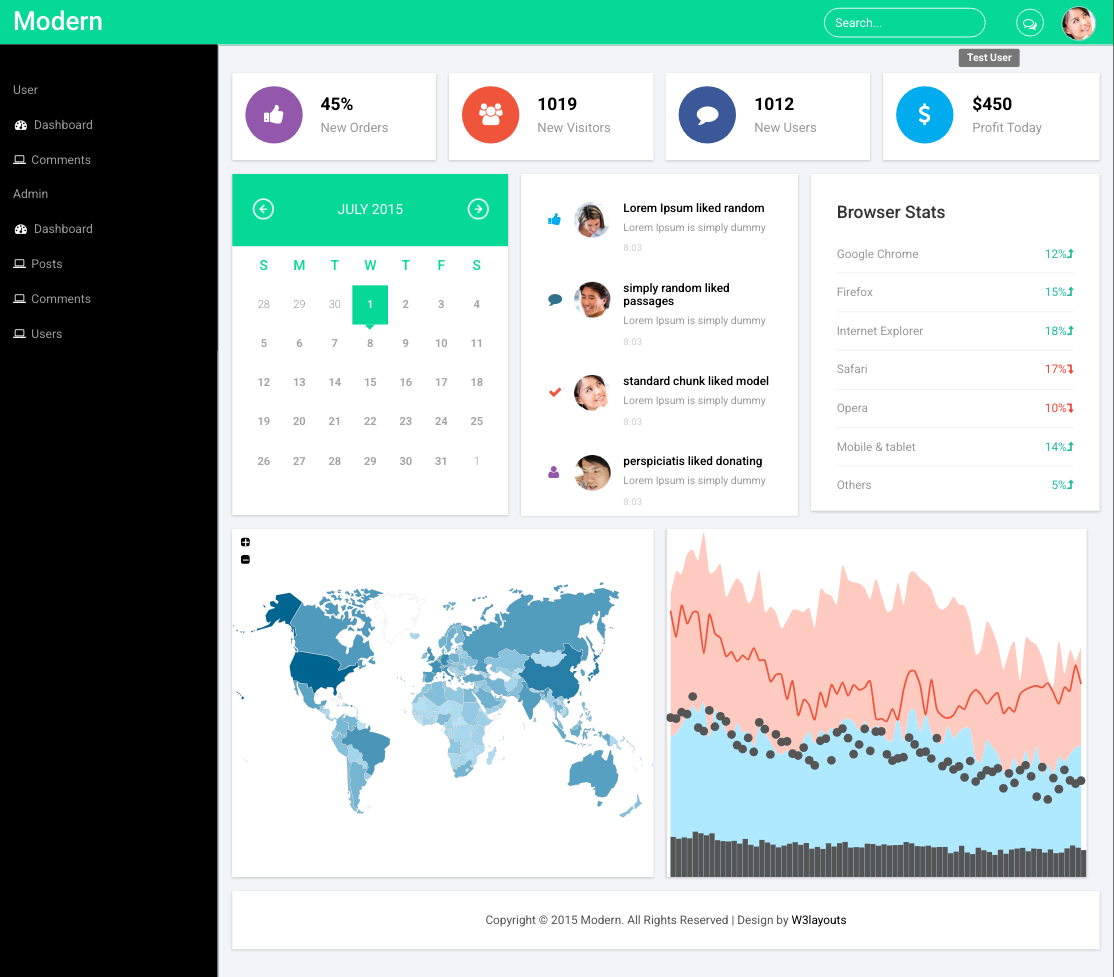
Repository: NomanMustafa/laravel-blog
Page: http://localhost/user/dashboard
The author's editor kept a copy of each file at every save. The page is drawn from the files as they stood at one save, then again after the next save.
The browser window is 1280 px wide. The pictures show the whole page, at 87% of full size.
The page is served by the project's Laravel application, run on PHP 8.4 with Laravel 8. A made-up administrator, Test User (test@example.com), is signed in. Other server files are loaded and not shown.

Above is the page before, as saved 2020-07-06 14:10:06.

### routes/web.php
<?php

use Illuminate\Support\Facades\Route;

/*
|--------------------------------------------------------------------------
| Web Routes
|--------------------------------------------------------------------------
|
| Here is where you can register web routes for your application. These
| routes are loaded by the RouteServiceProvider within a group which
| contains the "web" middleware group. Now create something great!
|
 */

// Route::get('/', function () {
//     return view('welcome');
// });
Route::get('/', 'PublicControler@index')->name('index');
Route::get('post/{post}', 'PublicControler@singlePost')->name('singlePost');
Route::get('/about', 'PublicControler@about')->name('about');
Route::get('/contect', 'PublicControler@contect')->name('contect');
Route::post('/contect', 'PublicControler@contectPost')->name('contectPost');

Auth::routes();
Route::get('/dashboard', 'HomeController@index')->name('dashboard');

Route::prefix('user')->group(function () {
    Route::get('dashboard', 'UserController@dashboard')->name('userDashboard');
    Route::get('comments', 'UserController@comments')->name('userComments');
    Route::get('profile', 'UserController@profile')->name('userProfile');
    Route::post('profile', 'UserController@profilePost')->name('userProfilePost');
});

Route::prefix('author')->group(function () {
    Route::get('dashboard', 'AuthorController@dashboard')->name('authorDashboard');
    Route::get('posts', 'AuthorController@posts')->name('authorPosts');
    Route::get('comments', 'AuthorController@comments')->name('authorComments');
});

Route::prefix('admin')->group(function () {
    Route::get('/dashboard', 'AdminController@dashboard')->name('adminDashboard');
    Route::get('/posts', 'AdminController@posts')->name('adminPosts');
    Route::get('/comments', 'AdminController@comments')->name('adminComments');
    Route::get('/users', 'AdminController@users')->name('adminUsers');
});

### app/Http/Controllers/UserController.php
<?php

namespace App\Http\Controllers;

use Illuminate\Http\Request;
use App\Http\Requests\UpdateUser;
use Illuminate\Support\Facades\Auth;

class UserController extends Controller
{
    public function dashboard()
    {
        return view('user.dashboard');
    }

    public function comments()
    {
        return view('user.comments');
    }
    public function profile()
    {
        return view('user.profile');
    }
    public function profilePost(UpdateUser $request)
    {
        $user= Auth::user();
        $user->name = $request['name'];
        $user->email = $request['email'];
        $user->save();

        return back();

        dd($request->all());
    }

}

### resources/views/user/dashboard.blade.php
@extends('layouts.admin')

@section('content')
  <div id="page-wrapper">
        <div class="graphs">
     	<div class="col_3">
        	<div class="col-md-3 widget widget1">
        		<div class="r3_counter_box">
                    <i class="pull-left fa fa-thumbs-up icon-rounded"></i>
                    <div class="stats">
                      <h5><strong>45%</strong></h5>
                      <span>New Orders</span>
                    </div>
                </div>
        	</div>
        	<div class="col-md-3 widget widget1">
        		<div class="r3_counter_box">
                    <i class="pull-left fa fa-users user1 icon-rounded"></i>
                    <div class="stats">
                      <h5><strong>1019</strong></h5>
                      <span>New Visitors</span>
                    </div>
                </div>
        	</div>
        	<div class="col-md-3 widget widget1">
        		<div class="r3_counter_box">
                    <i class="pull-left fa fa-comment user2 icon-rounded"></i>
                    <div class="stats">
                      <h5><strong>1012</strong></h5>
                      <span>New Users</span>
                    </div>
                </div>
        	</div>
        	<div class="col-md-3 widget">
        		<div class="r3_counter_box">
                    <i class="pull-left fa fa-dollar dollar1 icon-rounded"></i>
                    <div class="stats">
                      <h5><strong>$450</strong></h5>
                      <span>Profit Today</span>
                    </div>
                </div>
        	 </div>
        	<div class="clearfix"> </div>
      </div>
      <div class="col_1">
		    <div class="col-md-4 span_7">
		      <div class="cal1 cal_2"><div class="clndr"><div class="clndr-controls"><div class="clndr-control-button"><p class="clndr-previous-button">previous</p></div><div class="month">July 2015</div><div class="clndr-control-button rightalign"><p class="clndr-next-button">next</p></div></div><table class="clndr-table" border="0" cellspacing="0" cellpadding="0"><thead><tr class="header-days"><td class="header-day">S</td><td class="header-day">M</td><td class="header-day">T</td><td class="header-day">W</td><td class="header-day">T</td><td class="header-day">F</td><td class="header-day">S</td></tr></thead><tbody><tr><td class="day adjacent-month last-month calendar-day-2015-06-28"><div class="day-contents">28</div></td><td class="day adjacent-month last-month calendar-day-2015-06-29"><div class="day-contents">29</div></td><td class="day adjacent-month last-month calendar-day-2015-06-30"><div class="day-contents">30</div></td><td class="day calendar-day-2015-07-01"><div class="day-contents">1</div></td><td class="day calendar-day-2015-07-02"><div class="day-contents">2</div></td><td class="day calendar-day-2015-07-03"><div class="day-contents">3</div></td><td class="day calendar-day-2015-07-04"><div class="day-contents">4</div></td></tr><tr><td class="day calendar-day-2015-07-05"><div class="day-contents">5</div></td><td class="day calendar-day-2015-07-06"><div class="day-contents">6</div></td><td class="day calendar-day-2015-07-07"><div class="day-contents">7</div></td><td class="day calendar-day-2015-07-08"><div class="day-contents">8</div></td><td class="day calendar-day-2015-07-09"><div class="day-contents">9</div></td><td class="day calendar-day-2015-07-10"><div class="day-contents">10</div></td><td class="day calendar-day-2015-07-11"><div class="day-contents">11</div></td></tr><tr><td class="day calendar-day-2015-07-12"><div class="day-contents">12</div></td><td class="day calendar-day-2015-07-13"><div class="day-contents">13</div></td><td class="day calendar-day-2015-07-14"><div class="day-contents">14</div></td><td class="day calendar-day-2015-07-15"><div class="day-contents">15</div></td><td class="day calendar-day-2015-07-16"><div class="day-contents">16</div></td><td class="day calendar-day-2015-07-17"><div class="day-contents">17</div></td><td class="day calendar-day-2015-07-18"><div class="day-contents">18</div></td></tr><tr><td class="day calendar-day-2015-07-19"><div class="day-contents">19</div></td><td class="day calendar-day-2015-07-20"><div class="day-contents">20</div></td><td class="day calendar-day-2015-07-21"><div class="day-contents">21</div></td><td class="day calendar-day-2015-07-22"><div class="day-contents">22</div></td><td class="day calendar-day-2015-07-23"><div class="day-contents">23</div></td><td class="day calendar-day-2015-07-24"><div class="day-contents">24</div></td><td class="day calendar-day-2015-07-25"><div class="day-contents">25</div></td></tr><tr><td class="day calendar-day-2015-07-26"><div class="day-contents">26</div></td><td class="day calendar-day-2015-07-27"><div class="day-contents">27</div></td><td class="day calendar-day-2015-07-28"><div class="day-contents">28</div></td><td class="day calendar-day-2015-07-29"><div class="day-contents">29</div></td><td class="day calendar-day-2015-07-30"><div class="day-contents">30</div></td><td class="day calendar-day-2015-07-31"><div class="day-contents">31</div></td><td class="day adjacent-month next-month calendar-day-2015-08-01"><div class="day-contents">1</div></td></tr></tbody></table></div></div>
		    </div>
		    <div class="col-md-4 span_8">
		       <div class="activity_box">
		        <div class="scrollbar" id="style-2">
                   <div class="activity-row">
	                 <div class="col-xs-1"><i class="fa fa-thumbs-up text-info icon_13"> </i>  </div>
	                 <div class="col-xs-3 activity-img"><img src='{{ asset('admin/assets/images/5.png') }}' class="img-responsive" alt=""/></div>
	                 <div class="col-xs-8 activity-desc">
	                 	<h5><a href="#">Lorem Ipsum</a> liked <a href="#">random</a></h5>
	                    <p>Lorem Ipsum is simply dummy</p>
	                    <h6>8:03</h6>
	                 </div>
	                 <div class="clearfix"> </div>
                    </div>
	  			    <div class="activity-row">
	                 <div class="col-xs-1"><i class="fa fa-comment text-info"></i> </div>
	                 <div class="col-xs-3 activity-img"><img src='{{ asset('admin/assets/images/3.png') }}' class="img-responsive" alt=""/></div>
	                 <div class="col-xs-8 activity-desc">
	                 	<h5><a href="#">simply random</a> liked <a href="#">passages</a></h5>
	                    <p>Lorem Ipsum is simply dummy</p>
	                    <h6>8:03</h6>
	                 </div>
	                 <div class="clearfix"> </div>
                    </div>
                    <div class="activity-row">
	                 <div class="col-xs-1"><i class="fa fa-check text-info icon_11"></i></div>
	                 <div class="col-xs-3 activity-img"><img src='{{ asset('admin/assets/images/1.png') }}' class="img-responsive" alt=""/></div>
	                 <div class="col-xs-8 activity-desc">
	                 	<h5><a href="#">standard chunk</a> liked <a href="#">model</a></h5>
	                    <p>Lorem Ipsum is simply dummy</p>
	                    <h6>8:03</h6>
	                 </div>
	                 <div class="clearfix"> </div>
                    </div>
                    <div class="activity-row1">
	                 <div class="col-xs-1"><i class="fa fa-user text-info icon_12"></i></div>
	                 <div class="col-xs-3 activity-img"><img src='{{ asset('admin/assets/images/4.png') }}' class="img-responsive" alt=""/></div>
	                 <div class="col-xs-8 activity-desc">
	                 	<h5><a href="#">perspiciatis</a> liked <a href="#">donating</a></h5>
	                    <p>Lorem Ipsum is simply dummy</p>
	                    <h6>8:03</h6>
	                 </div>
	                 <div class="clearfix"> </div>
                     </div>
	  		        </div>
		          </div>
		    </div>
			<div class="col-md-4 stats-info">
                <div class="panel-heading">
                    <h4 class="panel-title">Browser Stats</h4>
                </div>
                <div class="panel-body">
                    <ul class="list-unstyled">
                        <li>Google Chrome<div class="text-success pull-right">12%<i class="fa fa-level-up"></i></div></li>
                        <li>Firefox<div class="text-success pull-right">15%<i class="fa fa-level-up"></i></div></li>
                        <li>Internet Explorer<div class="text-success pull-right">18%<i class="fa fa-level-up"></i></div></li>
                        <li>Safari<div class="text-danger pull-right">17%<i class="fa fa-level-down"></i></div></li>
                        <li>Opera<div class="text-danger pull-right">10%<i class="fa fa-level-down"></i></div></li>
                        <li>Mobile &amp; tablet<div class="text-success pull-right">14%<i class="fa fa-level-up"></i></div></li>
                        <li class="last">Others<div class="text-success pull-right">5%<i class="fa fa-level-up"></i></div></li>
                    </ul>
                </div>
            </div>
            <div class="clearfix"> </div>
	  </div>
	  <div class="span_11">
		<div class="col-md-6 col_4">
		  <div class="map_container"><div id="vmap" style="width: 100%; height: 400px;"></div></div>
		  <!----Calender -------->
			<link rel="stylesheet" href="{{ asset('admin/assets/css/clndr.css') }}" type="text/css" />
			<script src="{{ asset('admin/assets/js/underscore-min.js') }}" type="text/javascript"></script>
			<script src= "{{ asset('admin/assets/js/moment-2.2.1.js') }}" type="text/javascript"></script>
			<script src="{{ asset('admin/assets/js/clndr.js') }}" type="text/javascript"></script>
			<script src="{{ asset('admin/assets/js/site.js') }}" type="text/javascript"></script>
			<!----End Calender -------->
		</div>
		<div class="col-md-6 col_5">
		  <div id="chart_container">
		   <div id="chart"></div>
	       <div id="slider"></div>
@endsection

### resources/views/includes/admin/headerNavigation.blade.php
  <nav class="top1 navbar navbar-default navbar-static-top" role="navigation" style="margin-bottom: 0">
<div class="navbar-header">
     <button type="button" class="navbar-toggle" data-toggle="collapse" data-target=".navbar-collapse">
         <span class="sr-only">Toggle navigation</span>
         <span class="icon-bar"></span>
         <span class="icon-bar"></span>
         <span class="icon-bar"></span>
     </button>
     <a class="navbar-brand" href="index.html">Modern</a>
 </div>
 <!-- /.navbar-header -->
 <ul class="nav navbar-nav navbar-right">
     <li class="dropdown">
         <a href="#" class="dropdown-toggle" data-toggle="dropdown" aria-expanded="false"><i class="fa fa-comments-o"></i></a> <span class="badge">{{ Auth::user()->name }}</span>

     <li class="dropdown">
         <a href="#" class="dropdown-toggle avatar" data-toggle="dropdown"><img src="{{ asset('admin/assets/images/1.png') }}"></a>
         <ul class="dropdown-menu">

             <form id="logout-form" method="post" action="{{ route('logout') }}"> @csrf </form>
             <li class="m_2"><a href="#" onclick="document.getElementById('logout-form').submit();"><i class="fa fa-lock"></i> Logout</a></li>
         </ul>
     </li>
 </ul>
 <form class="navbar-form navbar-right">
     <input type="text" class="form-control" value="Search..." onfocus="this.value = '';" onblur="if (this.value == '') {this.value = 'Search...';}">
 </form>

### resources/views/includes/admin/sideBar.blade.php
<div class="navbar-default sidebar" role="navigation">
    <div class="sidebar-nav navbar-collapse">
        <ul class="nav" id="side-menu">
            <li><a>User</a> </li>
            <li>
                <a href="{{ route('userDashboard') }}"><i class="fa fa-dashboard fa-fw nav_icon {{ Route::currentRouteName()== 'userDashboard' ? 'active': ''}}"></i>Dashboard</a>
            </li>
            <li>
                <a href="{{ route('userComments') }}"><i class="fa fa-laptop nav_icon {{ Route::currentRouteName()== 'userComments' ? 'active': ''}}" ></i>Comments</a>

                <!-- /.nav-second-level -->
            </li>
            @if(Auth::user()->author==true)
            <li> <a>Author</a> </li>
            <li>
                <a href="{{ route('authorDashboard') }}"><i class="fa fa-dashboard fa-fw nav_icon {{ Route::currentRouteName()== 'authorDashboard' ? 'active': ''}}"></i>Dashboard</a>
            </li>
            <li>
                <a href="{{ route('authorPosts') }}"><i class="fa fa-laptop nav_icon {{ Route::currentRouteName()== 'authorPosts' ? 'active': ''}}"></i>Posts</a>

                <!-- /.nav-second-level -->
            </li>
            <li>
                <a href="{{ route('authorComments') }}"><i class="fa fa-laptop nav_icon {{ Route::currentRouteName()== 'authorComments' ? 'active': ''}}"></i>Comments</a>

                <!-- /.nav-second-level -->
            </li>
            @endif
            @if(Auth::user()->admin==true)
            <li><a>Admin</a></li>
            <li>
                <a href="{{ route('adminDashboard') }}"><i class="fa fa-dashboard fa-fw nav_icon {{ Route::currentRouteName()== 'adminDashboard' ? 'active': ''}}"></i>Dashboard</a>
            </li>
            <li>
                <a href="{{ route('adminPosts') }}"><i class="fa fa-laptop nav_icon {{ Route::currentRouteName()== 'adminPosts' ? 'active': ''}}"></i>Posts</a>

                <!-- /.nav-second-level -->
            </li>
            <li>
                <a href="{{ route('adminComments') }}"><i class="fa fa-laptop nav_icon {{ Route::currentRouteName()== 'adminComments' ? 'active': ''}}"></i>Comments</a>

                <!-- /.nav-second-level -->
            </li>
            <li>
                <a href="{{ route('adminUsers') }}"><i class="fa fa-laptop nav_icon {{ Route::currentRouteName()== 'adminUsers' ? 'active': ''}}"></i>Users</a>

                <!-- /.nav-second-level -->
            </li>

            @endif

        </ul>
    </div>
    <!-- /.sidebar-collapse -->
</div>
<!-- /.navbar-static-side -->
  </nav>

### public/admin/assets/css/custom.css
#wrapper {
    width: 100%;
}
#page-wrapper {
    /*--padding: 0 15px;--*/
    min-height: 568px;
    background-color: #fff;
}

@media(min-width:768px) {
    #page-wrapper {
        position: inherit;
        margin: 0 0 0 250px;
        /*--padding: 0 30px;--*/
        border-left: 1px solid #e7e7e7;
    }
}

.navbar-top-links {
    margin-right: 0;
}

.navbar-top-links li {
    display: inline-block;
}

.navbar-top-links li:last-child {
    margin-right: 15px;
}

.navbar-top-links li a {
    padding: 15px;
    min-height: 50px;
}

.navbar-top-links .dropdown-menu li {
    display: block;
}

.navbar-top-links .dropdown-menu li:last-child {
    margin-right: 0;
}

.navbar-top-links .dropdown-menu li a {
    padding: 3px 20px;
    min-height: 0;
}

.navbar-top-links .dropdown-menu li a div {
    white-space: normal;
}

.navbar-top-links .dropdown-messages,
.navbar-top-links .dropdown-tasks,
.navbar-top-links .dropdown-alerts {
    width: 310px;
    min-width: 0;
}
.navbar-top-links .dropdown-messages {
    margin-left: 5px;
}
.navbar-top-links .dropdown-tasks {
    margin-left: -59px;
}

.navbar-top-links .dropdown-alerts {
    margin-left: -123px;
}

.navbar-top-links .dropdown-user {
    right: 0;
    left: auto;
}

.sidebar .sidebar-nav.navbar-collapse {
    padding-right: 0;
    padding-left: 0;
}

.sidebar .sidebar-search {
    padding: 15px;
}
.sidebar .arrow {
    float: right;
}

.sidebar .fa.arrow:before {
    content: "\f104";
}

.sidebar .active>a>.fa.arrow:before {
    content: "\f107";
}

.sidebar .nav-second-level li,
.sidebar .nav-third-level li {
    border-bottom: 0!important;
}

.sidebar .nav-second-level li a {
    padding-left: 37px;
}

.sidebar .nav-third-level li a {
    padding-left: 52px;
}

@media(min-width:768px) {
    .sidebar {
        z-index: 1;
        position: absolute;
        width: 250px;
        margin-top: 51px;
    }

    .navbar-top-links .dropdown-messages,
    .navbar-top-links .dropdown-tasks,
    .navbar-top-links .dropdown-alerts {
        margin-left: auto;
    }
}

### public/admin/assets/css/jqvmap.css
/*!
 * jQVMap Version 1.0
 *
 * http://jqvmap.com
 *
 * Copyright 2012, Peter Schmalfeldt <manifestinteractive@gmail.com>
 * Licensed under the MIT license.
 *
 * Fork Me @ https://github.com/manifestinteractive/jqvmap
 */
.jqvmap-label
{
	position: absolute;
	display: none;
	-webkit-border-radius: 3px;
	-moz-border-radius: 3px;
	border-radius: 3px;
	background: #292929;
	color: white;
	font-family: sans-serif, Verdana;
	font-size: smaller;
	padding: 3px;
}
.jqvmap-zoomin, .jqvmap-zoomout
{
  position: absolute;
  left: 10px;
  -webkit-border-radius: 3px;
  -moz-border-radius: 3px;
  border-radius: 3px;
  background: #000000;
  padding: 1px;
  color: white;
  width: 10px;
  height: 10px;
  cursor: pointer;
  line-height: 9px;
  text-align: center;
}
.jqvmap-zoomin
{
	top: 10px;
}
.jqvmap-zoomout
{
	top: 30px;
}
.jqvmap-region
{
  cursor: pointer;
}
.jqvmap-ajax_response
{
  width: 100%;
  height: 500px;
}

Loaded but not shown: app/Providers/AppServiceProvider.php (common file); app/Http/Controllers/Auth/LoginController.php (common file); app/Http/Controllers/Controller.php (common file); app/Http/Controllers/Auth/ConfirmPasswordController.php (common file); app/User.php (common file); public/admin/assets/css/bootstrap.min.css (library); public/admin/assets/css/font-awesome.css (library); public/admin/assets/js/jquery.min.js (library); public/admin/assets/js/metisMenu.min.js (common file); public/admin/assets/js/d3.v3.js (library); public/admin/assets/js/underscore-min.js (library); public/admin/assets/js/moment-2.2.1.js (library); public/admin/assets/js/jquery.vmap.js (library); public/admin/assets/js/jquery.vmap.sampledata.js (common file); public/admin/assets/js/jquery.vmap.world.js (library); public/admin/assets/js/bootstrap.min.js (library); public/admin/assets/js/rickshaw.js (3908 lines, source omitted); public/admin/assets/js/clndr.js (833 lines, source omitted); public/admin/assets/js/site.js (90 lines, source omitted); public/admin/assets/js/custom.js (36 lines, source omitted); public/admin/assets/css/style.css (2713 lines, source omitted); resources/views/layouts/admin.blade.php (141 lines, source omitted); public/admin/assets/css/clndr.css (192 lines, source omitted); public/admin/assets/css/lines.css (198 lines, source omitted)

After the next save:
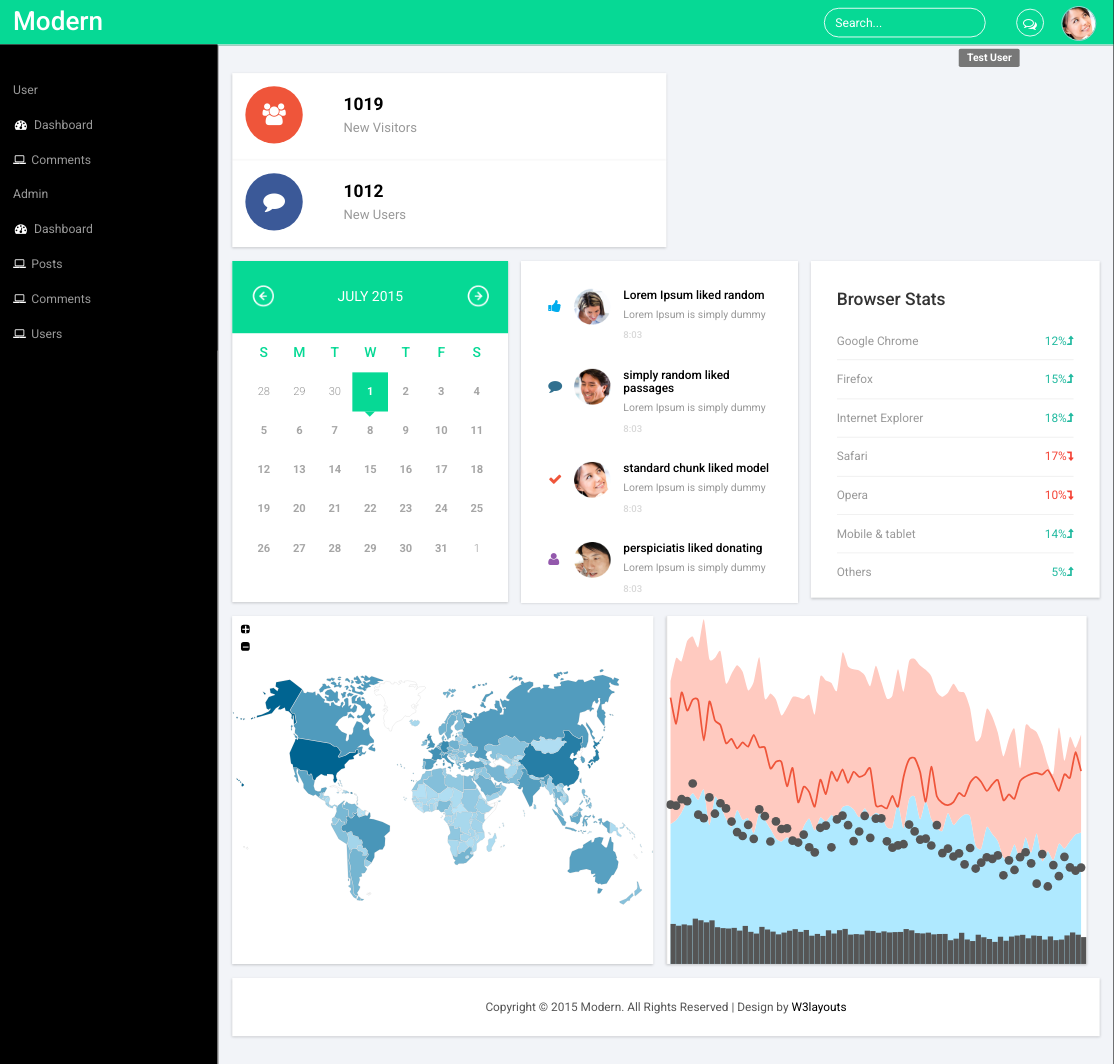
Saved 4 min 6 s later.
--- a/resources/views/user/dashboard.blade.php
+++ b/resources/views/user/dashboard.blade.php
@@ -4,16 +4,8 @@
   <div id="page-wrapper">
         <div class="graphs">
      	<div class="col_3">
-        	<div class="col-md-3 widget widget1">
-        		<div class="r3_counter_box">
-                    <i class="pull-left fa fa-thumbs-up icon-rounded"></i>
-                    <div class="stats">
-                      <h5><strong>45%</strong></h5>
-                      <span>New Orders</span>
-                    </div>
-                </div>
-        	</div>
-        	<div class="col-md-3 widget widget1">
+
+        	<div class="col-md-6 widget widget1">
         		<div class="r3_counter_box">
                     <i class="pull-left fa fa-users user1 icon-rounded"></i>
                     <div class="stats">
@@ -22,7 +14,7 @@
                     </div>
                 </div>
         	</div>
-        	<div class="col-md-3 widget widget1">
+        	<div class="col-md-6 widget widget1">
         		<div class="r3_counter_box">
                     <i class="pull-left fa fa-comment user2 icon-rounded"></i>
                     <div class="stats">
@@ -31,15 +23,7 @@
                     </div>
                 </div>
         	</div>
-        	<div class="col-md-3 widget">
-        		<div class="r3_counter_box">
-                    <i class="pull-left fa fa-dollar dollar1 icon-rounded"></i>
-                    <div class="stats">
-                      <h5><strong>$450</strong></h5>
-                      <span>Profit Today</span>
-                    </div>
-                </div>
-        	 </div>
+
         	<div class="clearfix"> </div>
       </div>
       <div class="col_1">
